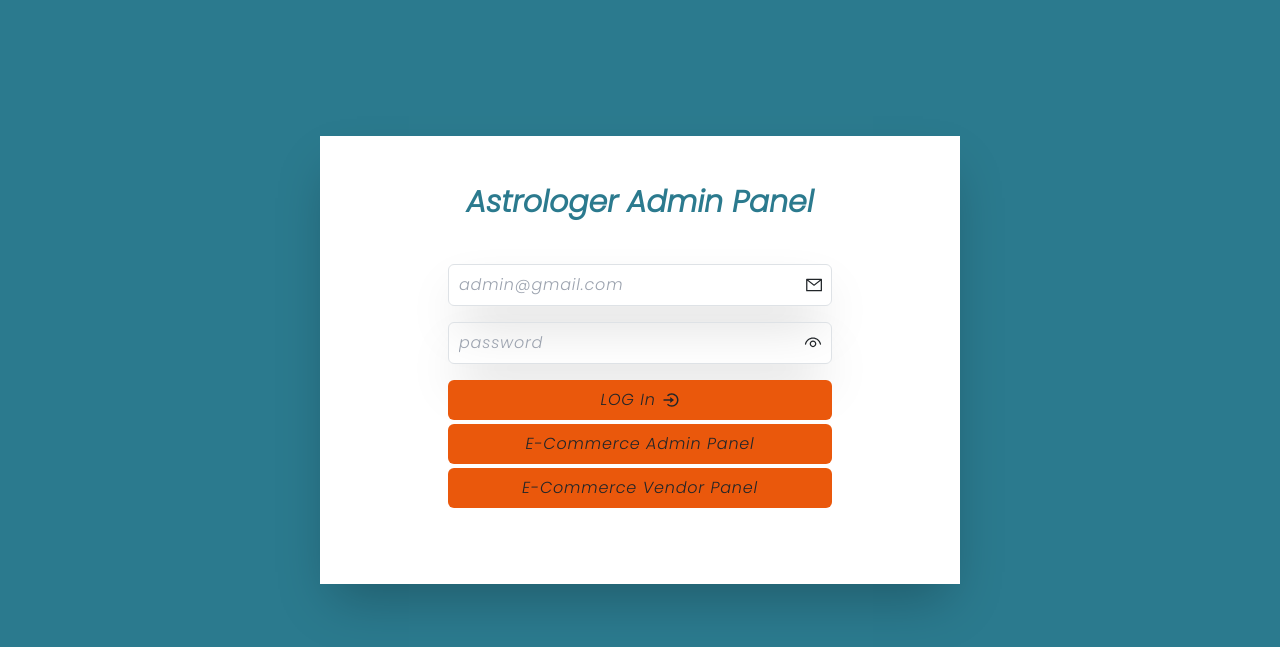
Repository: FlyweisReact/Hariom-Admin-Panel
Page: /
An editor plug-in stored every save of this project. The page is shown before and after the next save, followed by the edit.
The browser window is 1280 px wide. The pictures show the whole page.
Some web libraries are served in a nearby version. The project was rebuilt for these pictures with package versions that can differ from the ones it lists, and the page was loaded fresh each time. Also part of the build but not shown: src/components/vendorPanel/components/layout/Navbar.jsx, src/components/vendorPanel/components/layout/Sidebar.jsx, src/components/vendorPanel/components/layout/HOC.jsx, src/components/vendorPanel/components/pages/Astrologer/Astrologers.js, src/components/vendorPanel/components/pages/Astrologer/Banners.js, src/vendorPanel/layout/Navbar.jsx, src/vendorPanel/layout/Sidebar.jsx, src/vendorPanel/layout/HOC.jsx and 5 more. Imported but missing from the stored project, and not drawn on this page: src/components/vendorPanel/components/pages/Astrologer/AdminDiscount, src/components/vendorPanel/components/pages/Astrologer/AdminReview, src/components/vendorPanel/components/pages/Astrologer/UploadDocs, src/components/vendorPanel/components/pages/Booking/Booking, src/components/vendorPanel/components/pages/Horoscope/Horoscope, src/components/vendorPanel/components/pages/Kundli/Kundli, src/components/vendorPanel/components/pages/Message/Message, src/components/vendorPanel/components/pages/Support and 2 more.

Above is the page before, as saved 2023-04-15 15:12:32.

After the next save:
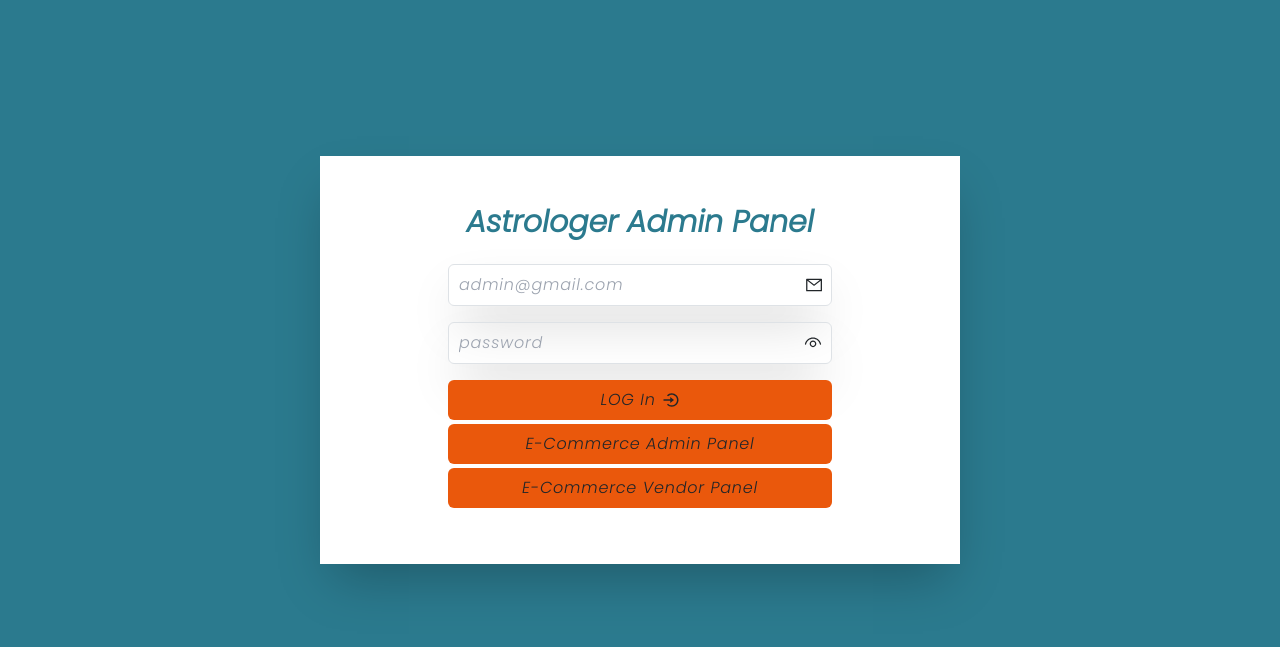
Saved 1 s later.
--- a/src/components/vendorPanel/components/forms/VendorLogin.jsx
+++ b/src/components/vendorPanel/components/forms/VendorLogin.jsx
@@ -35,7 +35,7 @@ const VendorLogin = () => {
       >
         <form className="shadow-2xl w-96 mx-3 sm:mx-0 sm:w-4/5 md:w-4/6 lg:w-4/5 xl:w-1/2 flex flex-col items-center bg-white p-5 md:py-10 ">
           <p className="text-3xl" style={{  color : "#2b7a8e" , fontWeight : 'bold'}}> Astrologer Admin Panel </p>
-          <section className="py-7">
+          <section className="py-2">
             {/* Email */}
             <div className="shadow-2xl sm:w-96 border border-[rgb(241,146,46)] space-x-4 flex items-center w-64  p-2 rounded-md">
               <input
